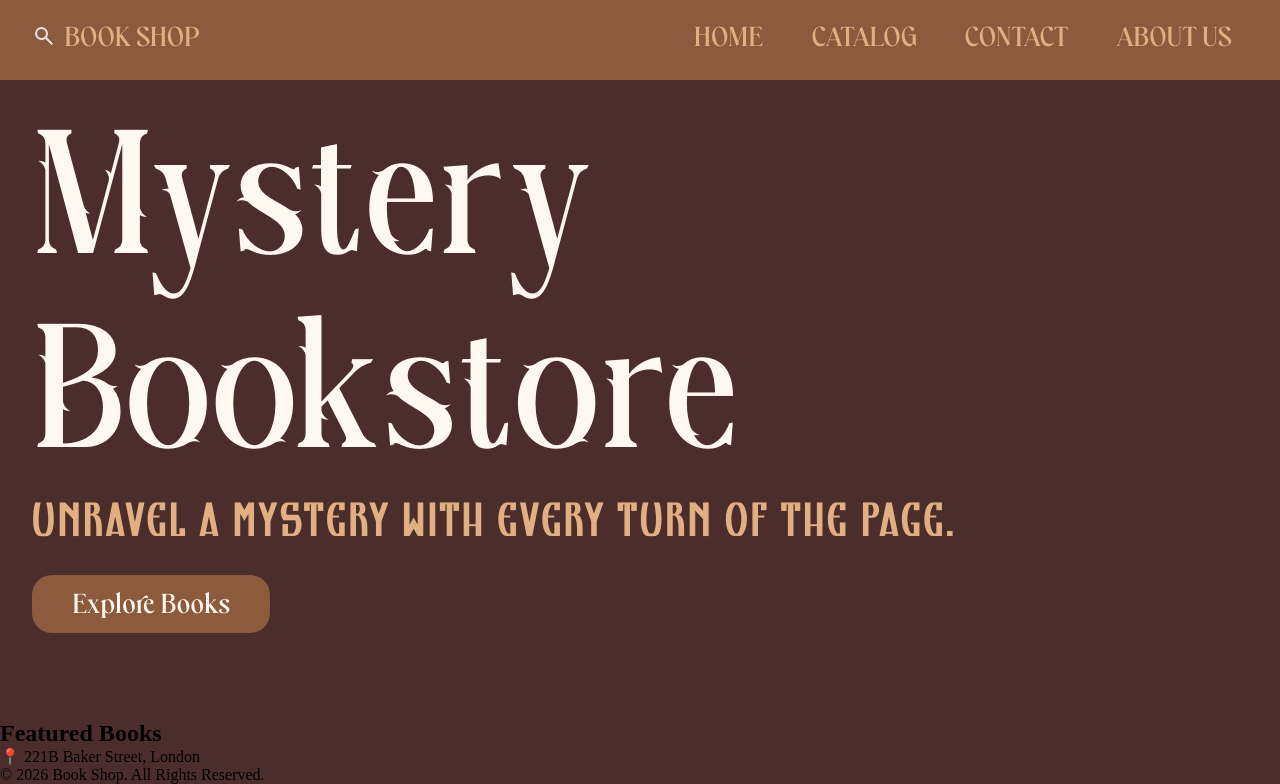
Repository: Nicholas0103/Book_Shop
Page: index.html
An editor plug-in stored every save of this project. The page is shown before and after a run of saves, followed by the edit.
The browser window is 1280 px wide. The pictures show the whole page.

Above is the page before, as saved 2026-07-18 14:26:48.

After the next 2 saves:
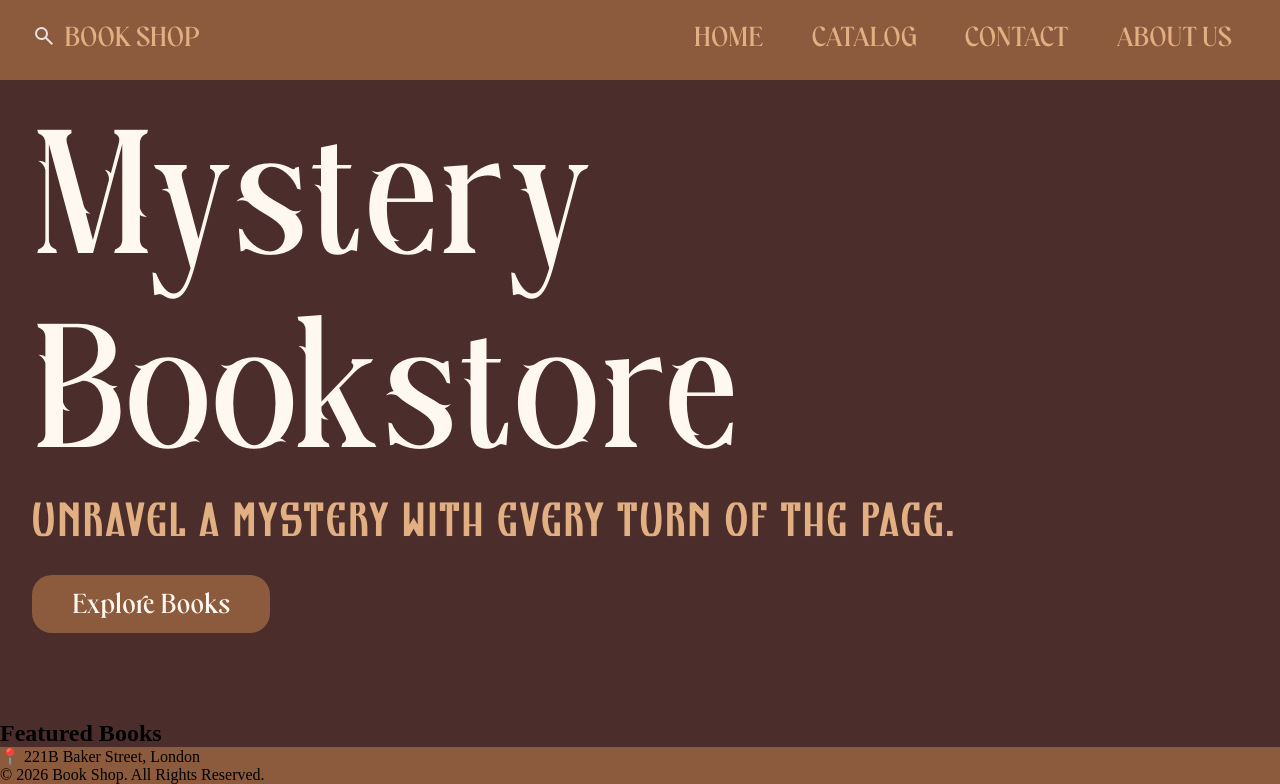
The 2 saves are shown as one change because they came seconds apart.
The last was saved 10 s later.
--- a/style.css
+++ b/style.css
@@ -172,5 +172,5 @@
 ======================================== */
 
 footer {
-    background-color: ;
+    background-color: var(--accent-color);
 }
